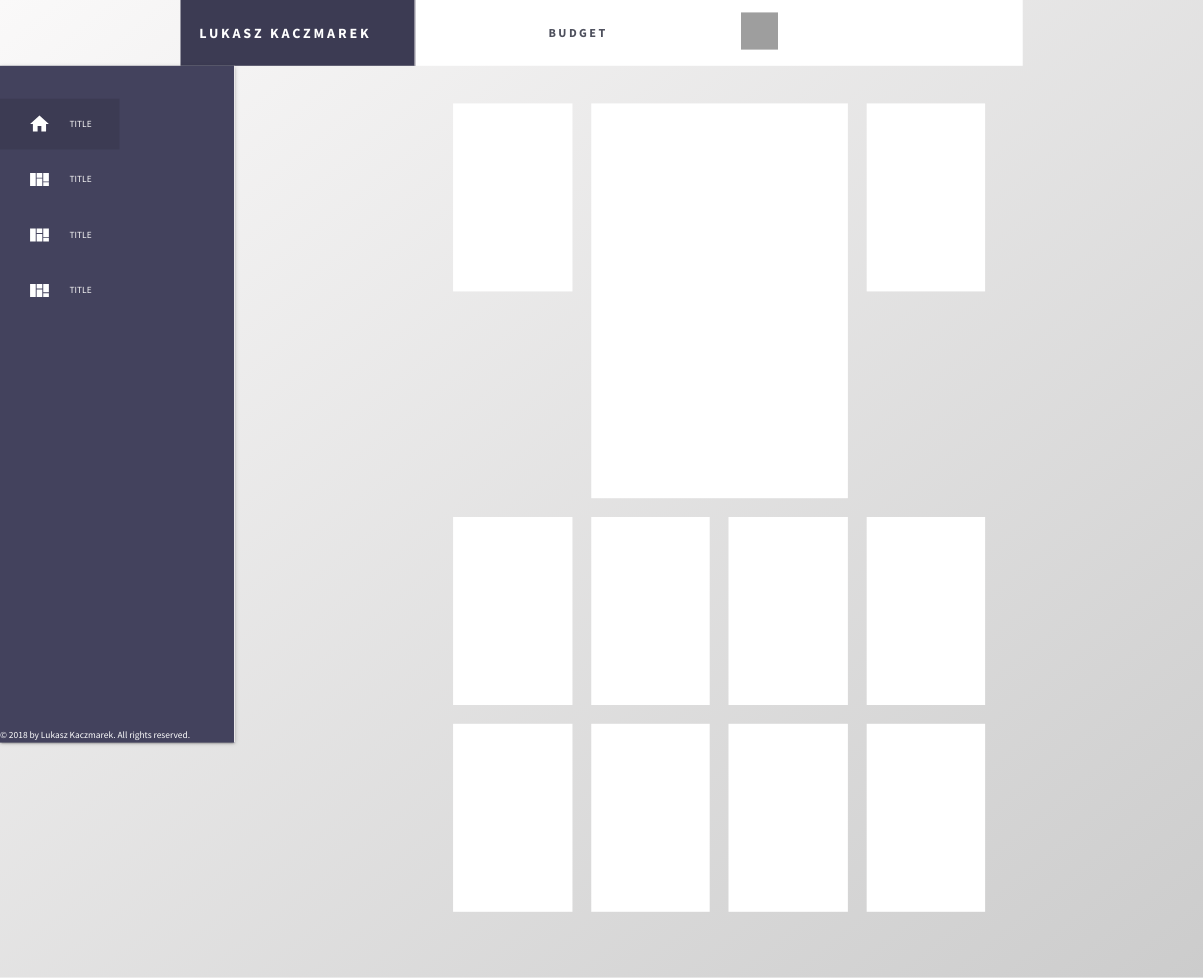
Repository: Archezi/BudgetApplication
Page: index.html
An editor plug-in stored every save of this project. The page is shown before and after the next save, followed by the edit.
The browser window is 1280 px wide. The pictures show the whole page, at 94% of full size.
Pictures or frames that could not be fetched are drawn as grey boxes. The style sheet was rebuilt from its Sass, Less or Tailwind sources for each picture, by a compiler version that may differ from the author's.

Above is the page before, as saved 2018-08-29 17:17:43.

After the next save:
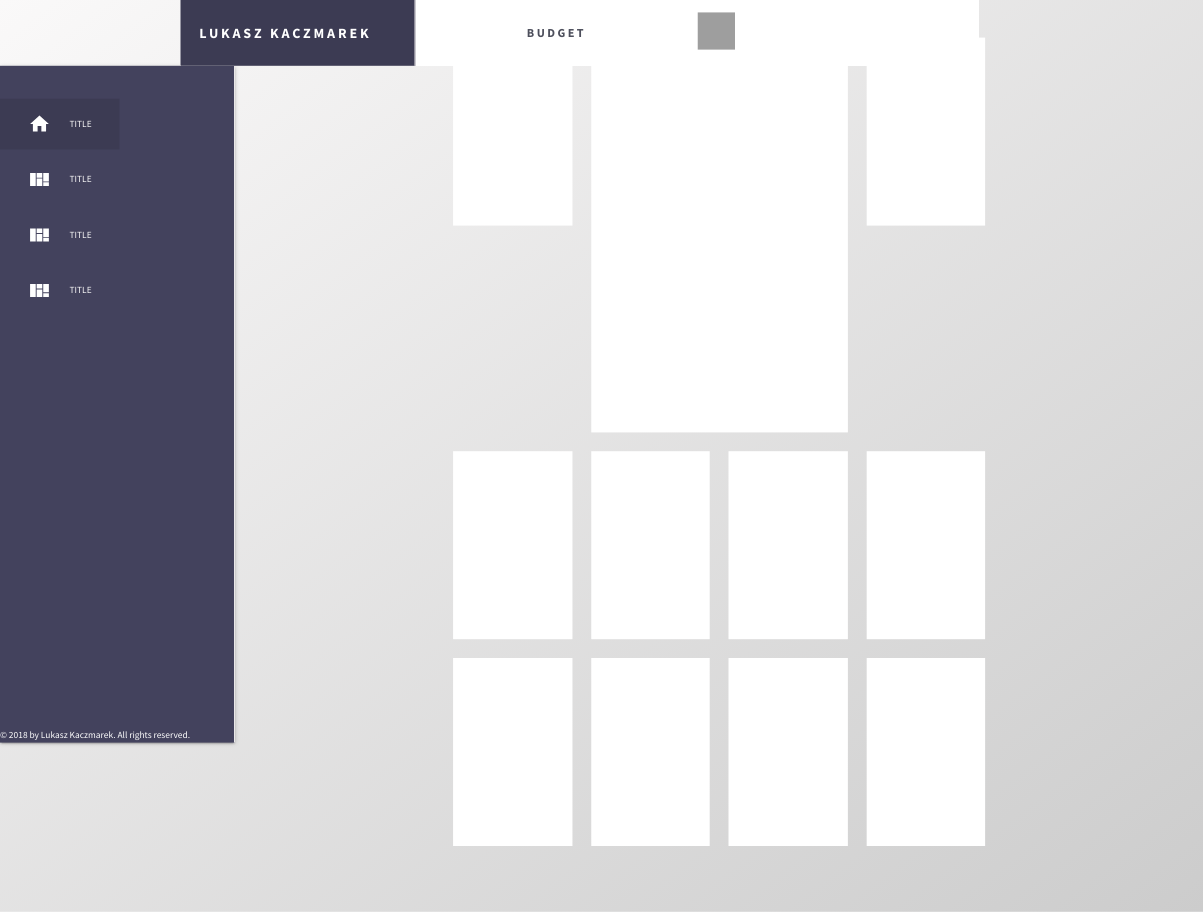
Saved 51 s later.
--- a/sass/components/_layout.scss
+++ b/sass/components/_layout.scss
@@ -8,6 +8,8 @@
 .header {
     height: $header-height;
     background: var(--color-white);
+    position: fixed;
+    top: 0;
     display: flex;
     justify-content: space-between;
     align-items: center;
